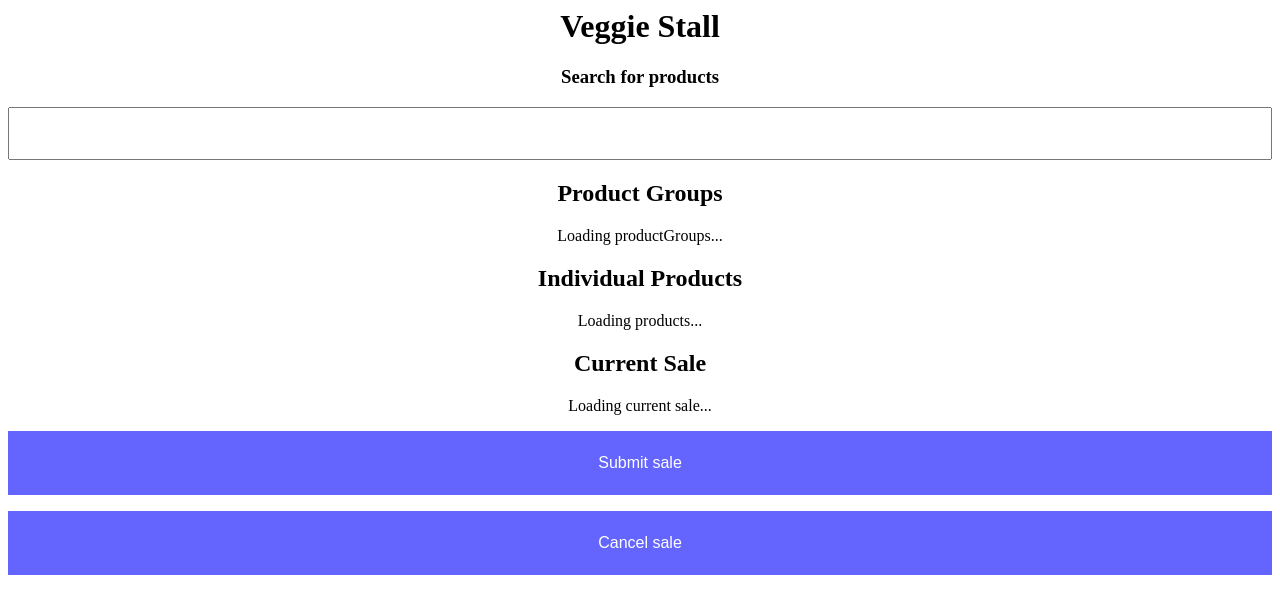
Repository: Keristero/SDV701-Assignment
Page: SDV701-Assignment/mobile-client/client/sale.html
The author's editor kept a record of every edit. The page is drawn from the files as they stood at one moment, then again after the next edit.
The browser window is 1280 px wide. The pictures show the whole page.
The page's requests for data from a server got no answer.

Above is the page before.
Console error (its wording comes from the project's code and is left out).

### SDV701-Assignment/mobile-client/client/sale.html
<head>
    <meta name="viewport" content="width=device-width,height=device-height initial-scale=1">
    <style>
        #div_main{
            text-align:center;
        }
        #txt_searchProducts{
            width:100%;
            height:4em;
            font-size 4em;
        }
        div{
        }

        .wideButton{
            width:100%;
            margin-top:1em;
            height:4em;
            background-color: rgb(100,100,255);
            border: none;
            text-decoration: none;
            color:white;
            font-size:1em;
        }

        .clsProductGroup{
            border-style: solid;
            border-width: 2px;
            margin-top: 0.5em;
        }

        .clsProduct{
            background-color: rgb(220,240,220);
        }

        .clsSale{
            text-align: left;
            background-color: rgba(100,100,255,0.2);
        }

    </style>
    <script src="cls/clsDbObject.js"></script>
    <script src="cls/clsProduct.js"></script>
    <script src="cls/clsProductGroup.js"></script>
    <script src="cls/clsSale.js"></script>
    <script src="cls/clsSold.js"></script>
    <script src="DatabaseConnector.js"></script>
    <script src="sale.js" defer></script>
</head>

<body>
    <div id="div_main">
        <h1>Veggie Stall</h1>
        <h3>Search for products</h3>
        <p><input type="text" id="txt_searchProducts"></p>
        <h2>Product Groups</h2>
        <div id="div_productGroups">
            Loading productGroups...
        </div>
        <h2>Individual Products</h2>
        <div id="div_products">
            Loading products...
        </div>
        <h2>Current Sale</h2>
        <div id="div_sale">
            Loading current sale...
        </div>
        <button class="wideButton" id="btn_submitSale">Submit sale</button>
        <button class="wideButton" id="btn_cancelSale">Cancel sale</button>
    </div>
</body>

### SDV701-Assignment/mobile-client/client/cls/clsDbObject.js
class clsDbObject {
    constructor(dataObject) {
        for (let property in dataObject) {
            let value = dataObject[property]
            this[property] = value;
        }
        console.log(this)
    }
    getFormattedDateString(dateString){
        let d = new Date(dateString)
        return `${d.getDate()}/${d.getMonth()}/${d.getFullYear()}`
    }
    generateQuickGuid() {
        //Code from https://stackoverflow.com/questions/105034/create-guid-uuid-in-javascript Jeff Ward
        return Math.random().toString(36).substring(2, 15) + Math.random().toString(36).substring(2, 15);
    }
}

### SDV701-Assignment/mobile-client/client/cls/clsProduct.js
/* globals clsDbObject currentSale renderedProductUIDs*/

window.clsProduct = class clsProduct extends clsDbObject{
    constructor(dataObject){
        super(dataObject)

    }
    toHTML(renderedProductUIDs,searchBoxText){
        let str = ""
        //Return early if the product HTML has already been generated
        if(renderedProductUIDs.hasOwnProperty(this.UID)){
            return str
        }
        //Return early if the product name is not in the searchbox
        if(!this.Name.toLowerCase().includes(searchBoxText.toLowerCase())){
            return str
        }

        str+= `<div class=${this.constructor.name} id=${this.UID}>`
        str+= `<h3>${this.Name}</h3>`
        //The section below generates a combo box with all the products price options
        str+= `<select id="sel_${this.UID}">`
        for(let priceID in this.Prices){
            str+= `<option value="${priceID}">${this.Prices[priceID].priceType}</option>`
        }
        str+= `</select>`
        //The section below generates a input box for the quantity
        str+= `<input id="txt_${this.UID}" type="number"></input>`
        str+= `<button id="btn_${this.UID}">Add to order</button>`
        str+= `<p>last updated: ${this.getFormattedDateString(this.LastModified)}</p>`
        str+= `</div>`

        renderedProductUIDs[this.UID] = true;

        return str
    }
    prepareButton(){
        document.getElementById(`btn_${this.UID}`).onclick = (()=>{
            this.addToOrder();
        })
    }
    addToOrder(sale){
        let priceTypeSelector = document.getElementById(`sel_${this.UID}`)
        let priceTypeID = priceTypeSelector.value
        let quantityInputBox = document.getElementById(`txt_${this.UID}`)
        let quantity = quantityInputBox.value
        currentSale.addProduct(this,priceTypeID,quantity)
    }
}

### SDV701-Assignment/mobile-client/client/cls/clsProductGroup.js
/* globals clsDbObject products*/

window.clsProductGroup = class clsProductGroup extends clsDbObject{
    constructor(dataObject){
        super(dataObject)
    }
    get productReferences(){
        let productReferences = {};
        this.ProductUIDs.forEach((productUID)=>{
            if(products.hasOwnProperty(productUID)){
                //If a product with the given id exists (has not been deleted)
                productReferences[productUID] = products[productUID]
            }
        })
        //Return dictionary containing references to product objects indexed by ID
        return productReferences;
    }
    toHTML(renderedProductUIDs,searchBoxText){
        let str = ""
        //Return early if the product name is not in the searchbox
        if(!this.Name.toLowerCase().includes(searchBoxText.toLowerCase())){
            return str
        }
        str+= `<div class=${this.constructor.name} id=${this.UID}>`
        str+= `<h2>${this.Name}</h2>`
        let prodRefs = this.productReferences
        for(let prodID in prodRefs){
            str += prodRefs[prodID].toHTML(renderedProductUIDs,"")
        }
        str+= `</div>`
        return str
    }
}

### SDV701-Assignment/mobile-client/client/cls/clsSale.js
/* globals clsDbObject */

window.clsSale = class clsSale extends clsDbObject{
    constructor(){
        super({})
        this.UID = this.generateQuickGuid()
        this.Total = 0
        this.Date = new Date().toISOString();
        this.Sold = {}
    }
    addProduct(pProduct,priceUID,quantity){
        console.log(`Adding ${pProduct.Name} to sale`)
        let newSoldItem = new clsSold(pProduct.Prices[priceUID],pProduct.UID,quantity)
        console.log("new sold item",newSoldItem);
        this.Sold[newSoldItem.UID] = newSoldItem
        this.Total = this.calculateTotal();
        updateSaleHTML();
    }
    calculateTotal(){
        let newTotal = 0;
        for(let soldID in this.Sold){
            newTotal += this.Sold[soldID].Price*this.Sold[soldID].Quantity
        }
        return newTotal;
    }
    toHTML(){
        let str = ""
        str+= `<div class=${this.constructor.name} id=${this.UID}>`
        str+= `<h3>Order Total = $${this.Total}</h3>`
        for(let soldID in this.Sold){
            str += this.Sold[soldID].toHTML()
        }
        str+= `</div>`
        return str
    }
}

### SDV701-Assignment/mobile-client/client/cls/clsSold.js
/* globals clsDbObject products*/

window.clsSold = class clsSold extends clsDbObject{
    constructor(pPriceObject,pProductUID,pQuantity){
        super({})
        this.UID = this.generateQuickGuid()
        this.Type = pPriceObject.priceType
        this.Price = pPriceObject.priceAmount
        this.Quantity = pQuantity
        this.ProductUID = pProductUID
    }
    toHTML(){
        let str = ""
        str+= `<div class=${this.constructor.name} id=${this.UID}>`
        str+= `<p><b>${products[this.ProductUID].Name}</b> Type<b> ${this.Type} </b>Price<b> $${this.Price}</b></p>`
        str+= `</div>`
        return str
    }
}

### SDV701-Assignment/mobile-client/client/DatabaseConnector.js
class DatabaseConnector {
    constructor(pdatabaseURL) {
        this.databaseURL = pdatabaseURL || 'https://veggiestall-database-keristero.c9users.io'
    }
    request(requestType, path, data) {
        return new Promise((resolve, reject) => {
            let XHR = new XMLHttpRequest();
            let searchParams = new URLSearchParams();

            // Push our data into our FormData object
            for (let name in data) {
                console.log(name, data[name])
                searchParams.append(name, JSON.stringify(data[name]));
            }
            // Define what happens in case of error
            XHR.addEventListener('error', function(event) {
                alert('Oops! Something went wrong.');
                reject(event)
            });
            XHR.onreadystatechange = function() {
                if (XHR.readyState === 4) {
                    let parsedResponse = JSON.parse(XHR.response)
                    resolve(parsedResponse);
                }
            }
            // Set up our request
            XHR.open(requestType, this.databaseURL + path);

            // Send our FormData object; HTTP headers are set automatically
            XHR.send(searchParams);
        })
    }
    getData(path) {
        return new Promise((resolve, reject) => {
            this.request("GET", path).then((result) => {
                console.log(result)
                resolve(result);
            })
        })
    }
    putData(path, key, value) {
        return new Promise((resolve, reject) => {
            this.request("PUT", path, { key: key, value: value }).then((result) => {
                console.log(result)
                resolve(result);
            })
        })
    }
    postData(path, key, value) {
        return new Promise((resolve, reject) => {
            this.request("POST", path, { key: key, value: value }).then((result) => {
                console.log(result)
                resolve(result);
            })
        })
    }
    initializeObjectsIntoDictionary(pObjects, pClassname) {
        //accepts a generic js object in the shape of a dictionary, and the classnames to init
        //returns a initialized dictionary
        let newDictionary = {};
        for (let key in pObjects) {
            newDictionary[key] = new window[pClassname](pObjects[key])
        }
        return newDictionary;
    }

}

### SDV701-Assignment/mobile-client/client/sale.js
/* globals DatabaseConnector clsSale*/
let DB = new DatabaseConnector();

let products;
let productGroups;
let renderedProductUIDs = {};
let currentSale = new clsSale();

//Content divs
let div_productGroups = document.getElementById("div_productGroups");
let div_products = document.getElementById("div_products");
let div_sale = document.getElementById("div_sale");

//Search box
let txt_searchProducts = document.getElementById("txt_searchProducts");
let searchBoxText = "";
txt_searchProducts.onkeyup = ()=>{
    updateAllProductsHTML()
}
txt_searchProducts.onfocus = ()=>{
    txt_searchProducts.value = ""
}

//Buttons
document.getElementById("btn_submitSale").onclick = ()=>{
    submitSale();
};

document.getElementById("btn_cancelSale").onclick = ()=>{
    cancelSale();
};

//Get notices
DB.getData("/products").then((pResult)=>{
   let dataObjects = pResult.data;

   products = DB.initializeObjectsIntoDictionary(dataObjects,"clsProduct")

   //Get product gorups
    DB.getData("/productGroups").then((pResult)=>{
       let dataObjects = pResult.data;

       productGroups = DB.initializeObjectsIntoDictionary(dataObjects,"clsProductGroup")

       updateHTML()
    })

})

//Display notices
function updateHTML(){

    updateAllProductsHTML()

    updateSaleHTML()

}

function updateAllProductsHTML(){
    searchBoxText = txt_searchProducts.value
    updateProductGroupHTML()
    updateProductsHTML()

    //prepare generated buttons
    for(let property in renderedProductUIDs){
       products[property].prepareButton()
    }
}

function updateProductGroupHTML(){
    renderedProductUIDs = {};
    let productGroupsHTML = ""

    //Generate product html
    for(let property in productGroups){
       productGroupsHTML += productGroups[property].toHTML(renderedProductUIDs,searchBoxText)
    }

    div_productGroups.innerHTML = productGroupsHTML;
}

function updateProductsHTML(){
    let productsHTML = ""

    //Generate product html
    for(let property in products){
       productsHTML += products[property].toHTML(renderedProductUIDs,searchBoxText)
    }

    div_products.innerHTML = productsHTML;
}

function updateSaleHTML(){
    div_sale.innerHTML = currentSale.toHTML();
}

function cancelSale(){
    currentSale = new clsSale();
    updateSaleHTML()
}

function submitSale(){
    if(currentSale.Total > 0){
        console.log('Submitting sale')
        DB.putData("/sales",currentSale.UID,currentSale)
        //Clear the current sale
        currentSale = new clsSale();
        updateSaleHTML()
        alert("Sale submitted to database")
    }else{
        alert("Sale is empty, Add products to sale before submitting")
    }
}

After the next edit:
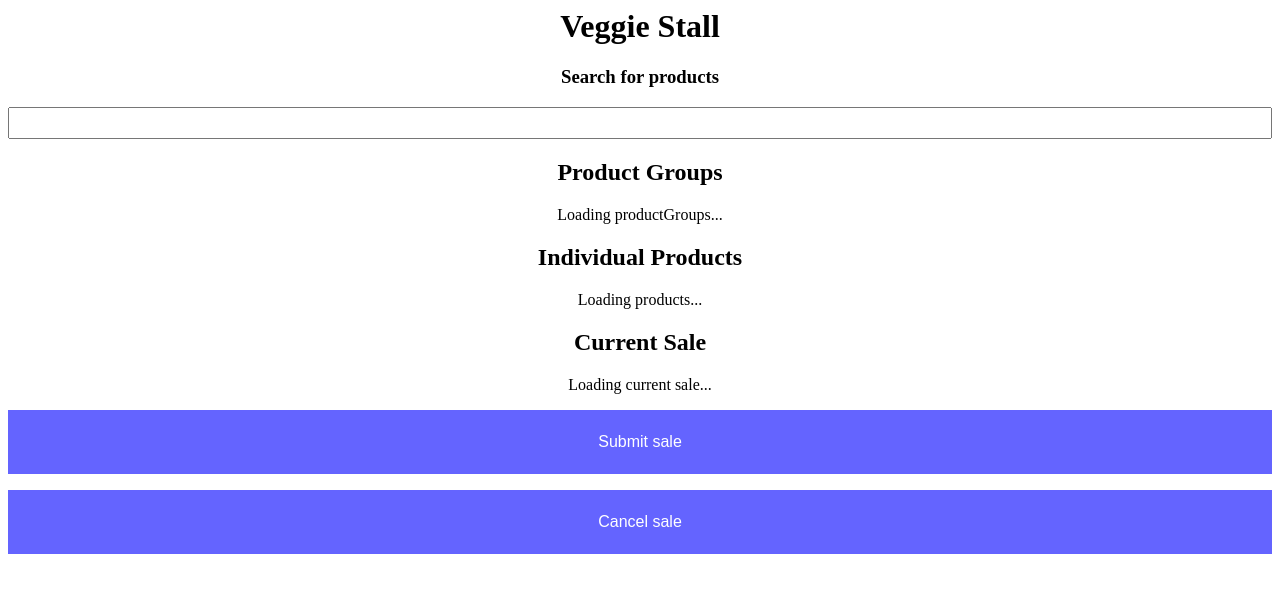
The edit:
--- a/SDV701-Assignment/mobile-client/client/sale.html
+++ b/SDV701-Assignment/mobile-client/client/sale.html
@@ -6,10 +6,8 @@
         }
         #txt_searchProducts{
             width:100%;
-            height:4em;
-            font-size 4em;
-        }
-        div{
+            height:2em;
+            font-size: 1em;
         }
 
         .wideButton{
